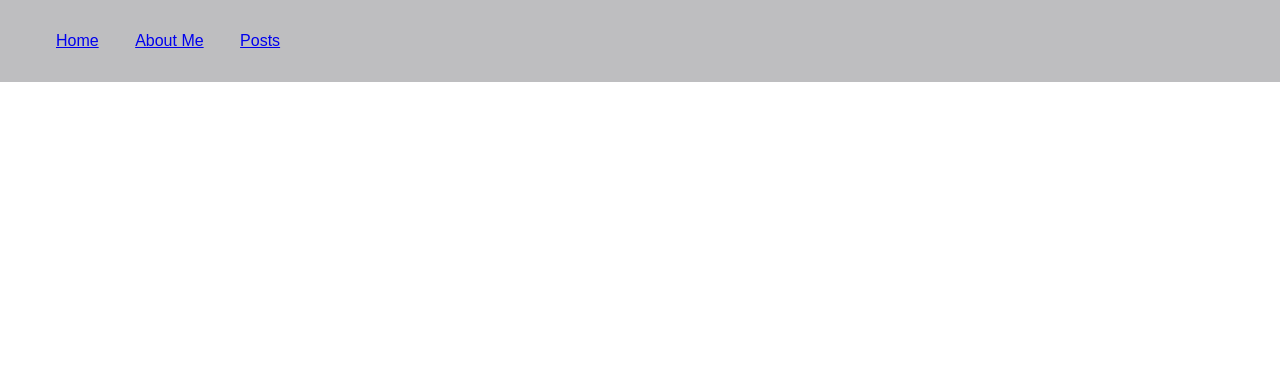
Repository: riley-martin/riley-martin.github.io
Page: index.html
An editor plug-in stored every save of this project. The page is shown before and after the next save, followed by the edit.
The browser window is 1280 px wide. The pictures show the whole page.

Above is the page before, as saved 2022-08-06 13:54:59.

### index.html
<!DOCTYPE html>
<html lang="en">
<head>
    <meta charset="UTF-8">
    <meta http-equiv="X-UA-Compatible" content="IE=edge">
    <meta name="viewport" content="width=device-width, initial-scale=1.0">
    <link rel="stylesheet" href="style.css">
    <title>Home Page -- Riley Martin</title>
</head>
<body>
    <header>
        <nav>
            <ul class="nav__list">
                <li class="nav__item"><a href="#">Home</a></li>
                <li class="nav__item"><a href="about.html">About Me</a></li>
                <li class="nav__item"><a href="posts.html">Posts</a></li>
            </ul>
        </nav>
    </header>
    <main></main>
    <footer></footer>
</body>
</html>

### style.css
html, body {
    margin: 0;
    font-family: sans-serif;
    display: flex;
    flex-direction: column;
}

body {
    height: 100vh;
}

header {
    display: flex;
    flex-direction: row;
    position: sticky;
    top: 0px;
    background-color: rgba(42, 42, 49, 0.3);
    backdrop-filter: blur(8px);
    -webkit-backdrop-filter: blur(8px);
}

.nav__item {
    padding: 1em;
    display: inline-block;
    list-style: none;
}

After the next save:
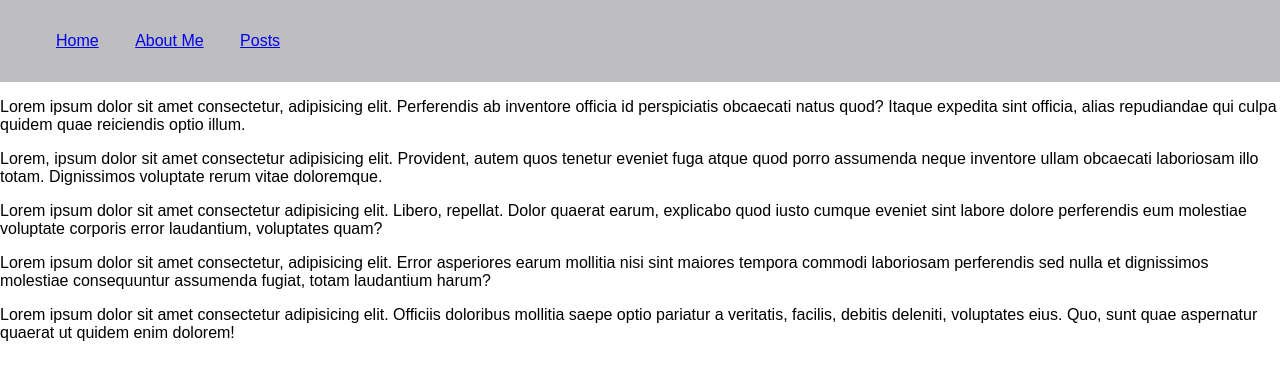
Saved 2 min 50 s later.
--- a/index.html
+++ b/index.html
@@ -17,7 +17,15 @@
             </ul>
         </nav>
     </header>
-    <main></main>
+    <main>
+        <div class="main__content">
+            <p>Lorem ipsum dolor sit amet consectetur, adipisicing elit. Perferendis ab inventore officia id perspiciatis obcaecati natus quod? Itaque expedita sint officia, alias repudiandae qui culpa quidem quae reiciendis optio illum.</p>
+            <p>Lorem, ipsum dolor sit amet consectetur adipisicing elit. Provident, autem quos tenetur eveniet fuga atque quod porro assumenda neque inventore ullam obcaecati laboriosam illo totam. Dignissimos voluptate rerum vitae doloremque.</p>
+            <p>Lorem ipsum dolor sit amet consectetur adipisicing elit. Libero, repellat. Dolor quaerat earum, explicabo quod iusto cumque eveniet sint labore dolore perferendis eum molestiae voluptate corporis error laudantium, voluptates quam?</p>
+            <p>Lorem ipsum dolor sit amet consectetur, adipisicing elit. Error asperiores earum mollitia nisi sint maiores tempora commodi laboriosam perferendis sed nulla et dignissimos molestiae consequuntur assumenda fugiat, totam laudantium harum?</p>
+            <p>Lorem ipsum dolor sit amet consectetur adipisicing elit. Officiis doloribus mollitia saepe optio pariatur a veritatis, facilis, debitis deleniti, voluptates eius. Quo, sunt quae aspernatur quaerat ut quidem enim dolorem!</p>
+        </div>
+    </main>
     <footer></footer>
 </body>
 </html>
